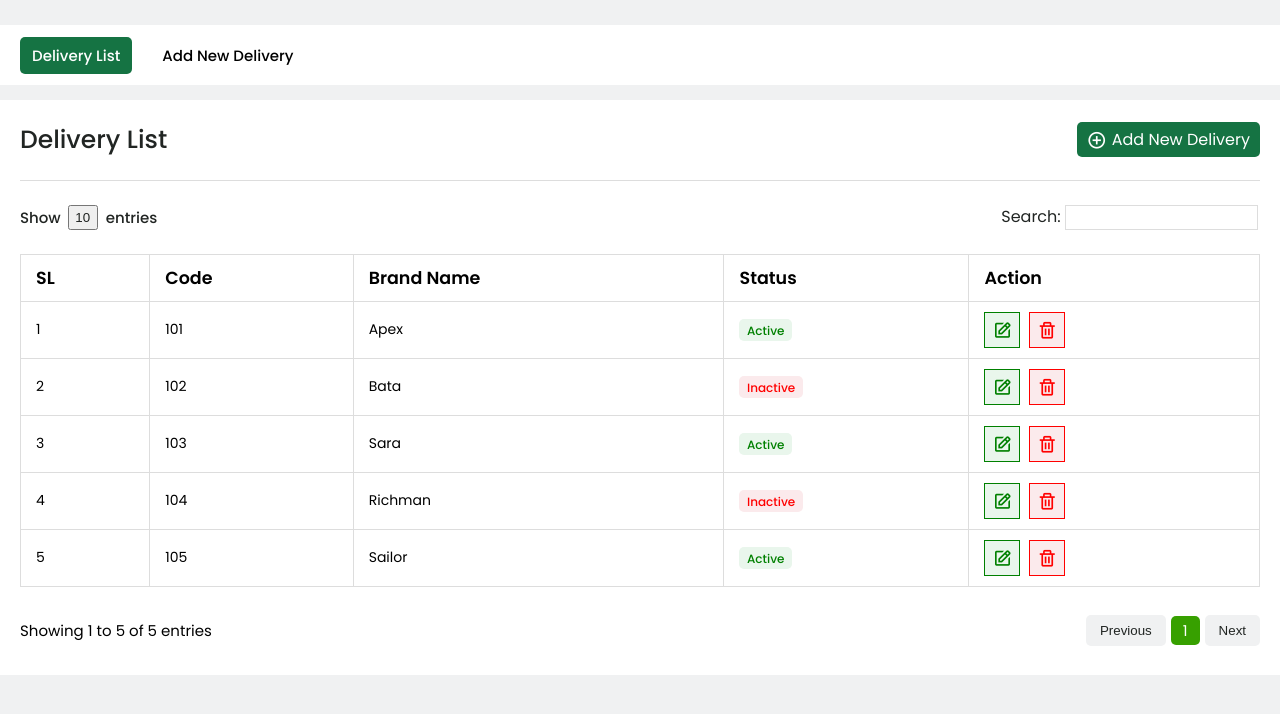
Repository: codebyaddro/delivery-page
Page: delivery.html
The author's editor kept a copy of each file at every save. The page is drawn from the files as they stood at one save, then again after a run of saves.
The browser window is 1280 px wide. The pictures show the whole page.

Above is the page before, as saved 2025-02-27 13:50:45.

After the next 6 saves:
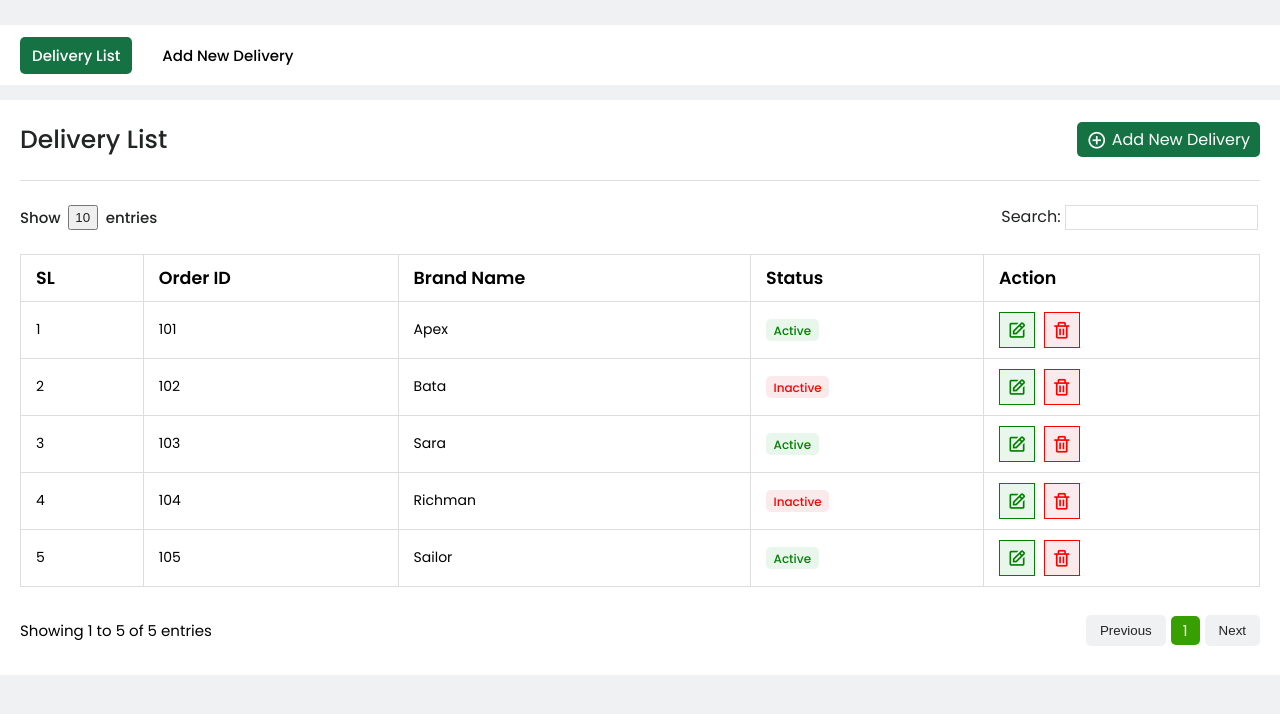
The 6 saves are shown as one change because they came seconds apart.
The last was saved 24 s later.
--- a/delivery.html
+++ b/delivery.html
@@ -45,7 +45,7 @@
                     <thead>
                         <tr>
                             <th title="SL">SL</th>
-                            <th title="Code">Code</th>
+                            <th title="Code">Order ID</th>
                             <th title="Category Name">Brand Name</th>
                             <th title="Status">Status</th>
                             <th title="Action">Action</th>
